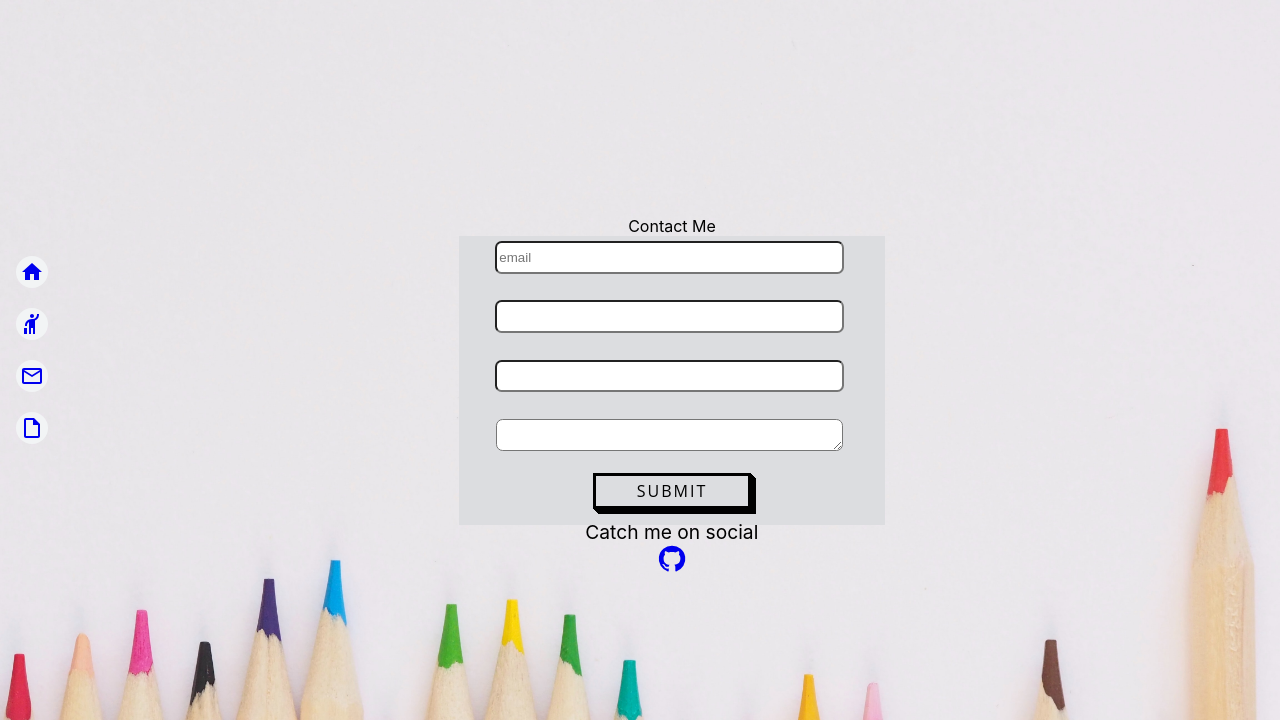
Repository: ujjawalmittal55/portfolio1
Page: /contact
An editor plug-in stored every save of this project. The page is shown before and after the next save, followed by the edit.
The browser window is 1280 px wide. The pictures show the whole page.
The project was rebuilt for these pictures with package versions that can differ from the ones it lists, and the page was loaded fresh each time. Also part of the build but not shown: src/display.css, src/Display.tsx, src/about.css, src/About.jsx, src/document.css, src/Document.jsx.

Above is the page before, as saved 2022-05-23 23:03:10.

### public/index.html
<!DOCTYPE html>
<html lang="en">
  <head>

    <style>
      @import url('https://fonts.googleapis.com/css2?family=Montserrat:ital,wght@0,100;1,100&family=Source+Code+Pro:wght@300&display=swap');
    </style>
    <meta charset="utf-8" />
    <link rel="icon" href="%PUBLIC_URL%/favicon.ico" />
    <meta name="viewport" content="width=device-width, initial-scale=1" />
    <meta name="theme-color" content="#000000" />
    <meta
      name="description"
      content="Web site created using create-react-app"
    />
    <link rel="apple-touch-icon" href="%PUBLIC_URL%/logo192.png" />
    <!--
      manifest.json provides metadata used when your web app is installed on a
      user's mobile device or desktop. See https://developers.google.com/web/fundamentals/web-app-manifest/
    -->
    <link rel="manifest" href="%PUBLIC_URL%/manifest.json" />
    <!--
      Notice the use of %PUBLIC_URL% in the tags above.
      It will be replaced with the URL of the `public` folder during the build.
      Only files inside the `public` folder can be referenced from the HTML.

      Unlike "/favicon.ico" or "favicon.ico", "%PUBLIC_URL%/favicon.ico" will
      work correctly both with client-side routing and a non-root public URL.
      Learn how to configure a non-root public URL by running `npm run build`.
    -->
    <title>React App</title>
  </head>
  <body>
    <noscript>You need to enable JavaScript to run this app.</noscript>
    <div id="root"></div>
    <!--
      This HTML file is a template.
      If you open it directly in the browser, you will see an empty page.

      You can add webfonts, meta tags, or analytics to this file.
      The build step will place the bundled scripts into the <body> tag.

      To begin the development, run `npm start` or `yarn start`.
      To create a production bundle, use `npm run build` or `yarn build`.
    -->
  </body>
</html>

### src/index.tsx
import React from "react";
import ReactDOM from "react-dom/client";
import "./index.css";
import App from "./App";
import Portfolio from "./Portfolio";
import SideBar from "./SideBar";

import reportWebVitals from "./reportWebVitals";
import { BrowserRouter } from "react-router-dom";

const rootElement = document.getElementById("root");
if (!rootElement) throw new Error("Failed to find the root element");
const root = ReactDOM.createRoot(rootElement);
root.render(
  <React.StrictMode>
    <BrowserRouter>
      <Portfolio />
    </BrowserRouter>
  </React.StrictMode>
);

// If you want to start measuring performance in your app, pass a function
// to log results (for example: reportWebVitals(console.log))
// or send to an analytics endpoint. Learn more: https://bit.ly/CRA-vitals
reportWebVitals();

### src/Portfolio.tsx
import React, { Component } from "react";
import {
  BrowserRouter,
  Route,
  Link,
  Routes,
  useLocation,
} from "react-router-dom";
import Display from "./Display";
import "./homepage.css";
import SideBar from "./SideBar";
import About from "./About";
import Document from "./Document";
import Contact from "./Contact";
import { AnimatePresence } from "framer-motion";
function Portfolio() {
  const location = useLocation();
  return (
    <div className="Home">
      <div className="sidebar">
        <SideBar />
      </div>
      <div className="main_content">
        <AnimatePresence>
          <Routes location={location} key={location.key}>
            <Route path="/" element={<Display />} />
            <Route path="/about" element={<About />} />
            <Route path="/contact" element={<Contact />} />
            <Route path="/projects" element={<Display />} />
            <Route path="/document" element={<Document />} />
          </Routes>
        </AnimatePresence>
      </div>
    </div>
  );
}

export default Portfolio;

### src/homepage.css
.Home {
  background-image: url("/public/bg.jpg");
  background-size: cover;
  background-repeat: no-repeat;
  display: flex;
}
.main_content {
  flex: 1;
}

### src/SideBar.tsx
import React, { useState } from "react";
import {
  BrowserRouter as Router,
  Route,
  Link,
  useParams,
  NavLink,
} from "react-router-dom";

import "./sidebar.css";
import HomeIcon from "@mui/icons-material/Home";
import HailIcon from "@mui/icons-material/Hail";
import InsertDriveFileOutlinedIcon from "@mui/icons-material/InsertDriveFileOutlined";
import EmailOutlinedIcon from "@mui/icons-material/EmailOutlined";
import { motion } from "framer-motion";

function SideBar() {
  return (
    <div>
      <div className="sidebar">
        <ul className="sidebar-items">
          <li className="list">
            <Link to="/">
              <div className="list-div">
                <HomeIcon>home</HomeIcon>
              </div>
            </Link>
          </li>
          <Link to="/about">
            <motion.li
              className="list"
              whileHover={{ scale: 1.1, transition: { yoyo: Infinity } }}
            >
              <div className="list-div">
                <HailIcon>home</HailIcon>
              </div>
            </motion.li>
          </Link>
          <Link to="/contact">
            <li className="list">
              <div className="list-div">
                <EmailOutlinedIcon>home</EmailOutlinedIcon>
              </div>
            </li>
          </Link>

          <Link to="/document">
            <li className="list">
              <div className="list-div">
                <InsertDriveFileOutlinedIcon>home</InsertDriveFileOutlinedIcon>
              </div>
            </li>
          </Link>
        </ul>
      </div>
    </div>
  );
}

export default SideBar;

### src/Contact.jsx
import React, { useState } from "react";
import { GitHub } from "@mui/icons-material";
import { motion } from "framer-motion";
import "./contact.css";
const spanVariants = {
  hidden: {
    opacity: 0,
    y: "100vh",
  },
  visible: {
    opacity: 1,
    y: 0,
    scale: 1.2,
    transition: { duration: 2 },
  },
};
const inputVariants = {
  hover: {
    scale: 1.2,
  },
};
function Contact() {
  const [email, setEmail] = useState("");
  const [name, setName] = useState("");
  const [phone, setPhone] = useState("");
  const [query, setQuery] = useState("");
  const clearState = () => {
    setName("");
    setEmail("");
    setPhone("");
    setQuery("");
  };

  const submit = (e) => {
    e.preventDefault();
    clearState();
  };
  return (
    <div className="contact_ME">
      <motion.div className="contact"> Contact Me</motion.div>
      <motion.form
        className="form"
        initial={{ y: "-100vh" }}
        animate={{ y: 0 }}
        transition={{ duration: 1 }}
      >
        <motion.input
          variant={inputVariants}
          whileFocus="hover"
          className="Input"
          placeholder="email"
          type="email"
          onChange={(e) => setEmail(e.target.value)}
          value={email}
        />
        <input
          className="Input"
          type="text"
          value={name}
          onChange={(e) => setName(e.target.value)}
        />

        <input
          className="Input"
          type="number"
          value={phone}
          onChange={(e) => setPhone(e.target.value)}
        />

        <textarea
          className="Input"
          maxLength="500"
          initial="wirte your Query"
          value={query}
          onChange={(e) => setQuery(e.target.value)}
        ></textarea>
        <motion.div
          className="button"
          whileHover={{
            scale: 1.1,
            animate: { style: { boxShadow: "1px 0px 10px #F0FFFF  " } },
            transition: { delay: 0, yoyo: Infinity },
          }}
          onClick={(e) => submit(e)}
        >
          submit
        </motion.div>
      </motion.form>
      <motion.div
        className="social"
        variants={spanVariants}
        initial="hidden"
        animate="visible"
      >
        Catch me on social
        <a href="https://github.com/ujjawalmittal55" target="_blank">
          <GitHub />{" "}
        </a>
      </motion.div>
    </div>
  );
}

export default Contact;

### src/sidebar.css
.sidebar {
  height: 100%;
  /* background-color: rgb(221, 195, 195) */
}
.sidebar {
  height: 100vh;
  display: grid;
  align-items: center;
  text-align: center;
  text-decoration: none;
}
.sidebar-items {
  padding: 0;
  margin: 1em;
}

.list {
  font-size: 1em;
  margin-bottom: 1.25em;
  list-style-type: none;
  text-align: center;
  text-decoration: none;
  padding: auto;
}

.list-div:hover {
  text-decoration: underline;
  transform: scale(1.25);
  background-color: rgb(126, 128, 247);
}

.list-div {
  display: flex;
  justify-content: center;
  align-items: center;
  text-align: center;
  height: 2em;
  width: 2em;
  background-color: rgb(242, 244, 245);
  border-radius: 50%;
  transition-duration: 0.5s;
}

### src/contact.css
.contact_ME {
  display: flex;
  flex-direction: column;
  align-content: center;
  justify-content: center;
  align-items: center;
  flex-wrap: nowrap;
}
.contact {
  /* position: absolute; */
  margin-top: 30vh;
  margin-bottom: 5vhrgb (233, 231, 234);
}
.form {
  background-color: rgb(220, 221, 224);
  display: flex;
  flex-direction: column;
  text-align: center;
  width: 35%;
  grid-template-columns: 1fr 1fr;
  grid-row-gap: 3vh;
  align-content: space-between;
  justify-content: space-between;
  align-items: center;
}
.elements {
  margin-top: 5px;
  margin-right: 5px;
  margin-bottom: 10px;
  font-family: "Source Code Pro", monospace;
  font-weight: bold;
}
.button {
  /* margin-left: 10px; */
  text-align: center;
  width: 30%;
  font-family: "Open Sans", sans-serif;
  font-size: 16px;
  letter-spacing: 2px;
  margin-bottom: 1em;
  text-decoration: none;
  text-transform: uppercase;
  color: #000;
  cursor: pointer;
  border: 3px solid;
  padding: 0.25em 0.5em;
  box-shadow: 1px 1px 0px 0px, 2px 2px 0px 0px, 3px 3px 0px 0px, 4px 4px 0px 0px,
    5px 5px 0px 0px;
  position: relative;
  user-select: none;
  -webkit-user-select: none;
  touch-action: manipulation;
}

.button:active {
  box-shadow: 0px 0px 0px 0px;
  top: 5px;
  left: 5px;
}

@media (min-width: 768px) {
  .button {
    padding: 0.25em 0.75em;
  }
}

.Input {
  margin-top: 5px;
  margin-right: 5px;
  width: 80%;
  height: 2em;
  border-radius: 0.5em;
}
.Input:focus {
  border: 2px solid rgb(44, 230, 2);
  box-shadow: 0 0 0.5rem 0.5rem rgb(18, 181, 200);
}
.social {
  display: flex;
  text-align: center;
  width: 35%;
  flex-direction: column;
  align-content: center;
  justify-content: center;
  align-items: center;
  border-radius: 10%;
}

Loaded but not shown: src/index.css (common file); src/reportWebVitals.js (common file)

After the next save:
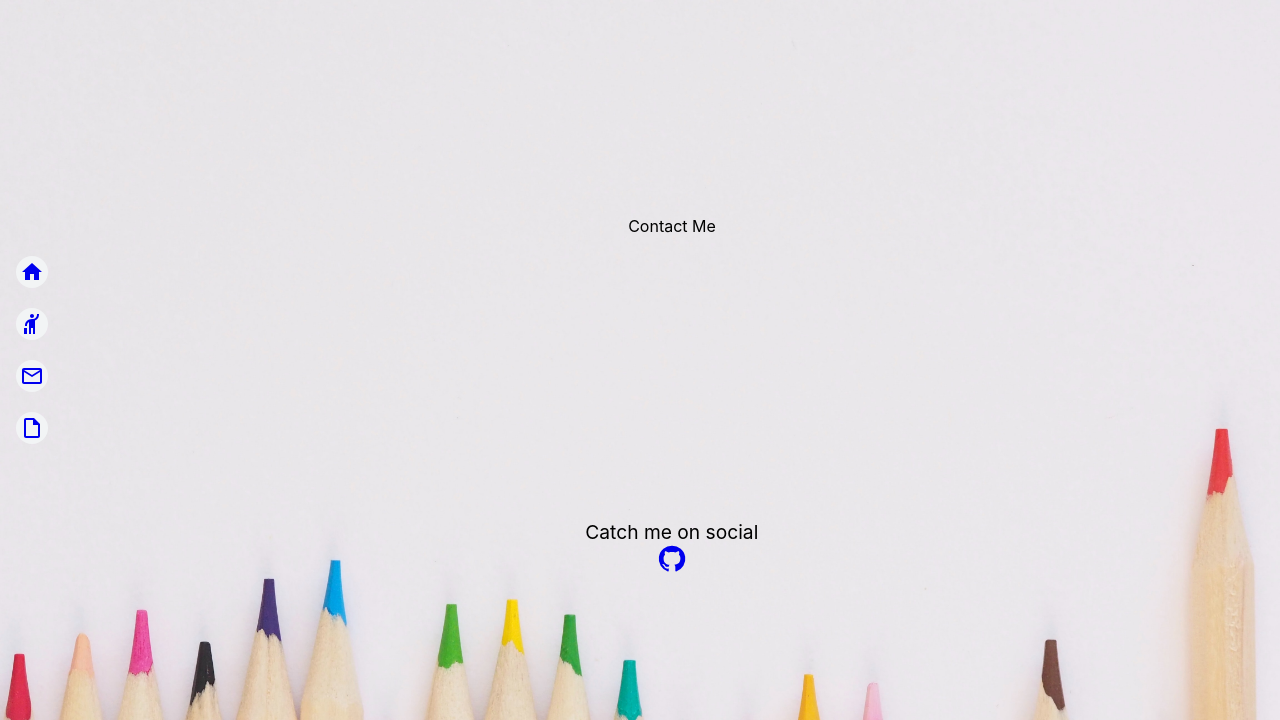
Saved 53 s later.
--- a/src/Contact.jsx
+++ b/src/Contact.jsx
@@ -40,7 +40,7 @@
       <motion.div className="contact"> Contact Me</motion.div>
       <motion.form
         className="form"
-        initial={{ y: "-100vh" }}
+        initial={{ x: "-100vw" }}
         animate={{ y: 0 }}
         transition={{ duration: 1 }}
       >

After the save that followed:
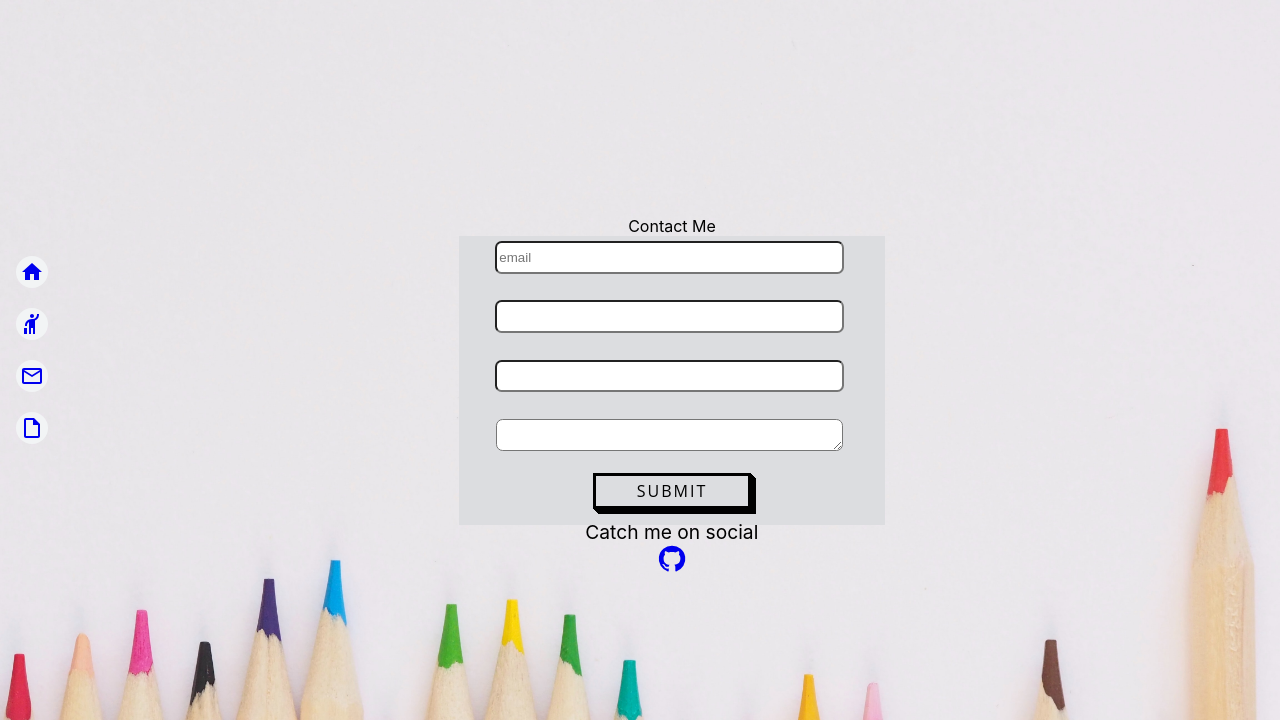
Saved 18 s later.
--- a/src/Contact.jsx
+++ b/src/Contact.jsx
@@ -41,7 +41,7 @@
       <motion.form
         className="form"
         initial={{ x: "-100vw" }}
-        animate={{ y: 0 }}
+        animate={{ x: 0 }}
         transition={{ duration: 1 }}
       >
         <motion.input
